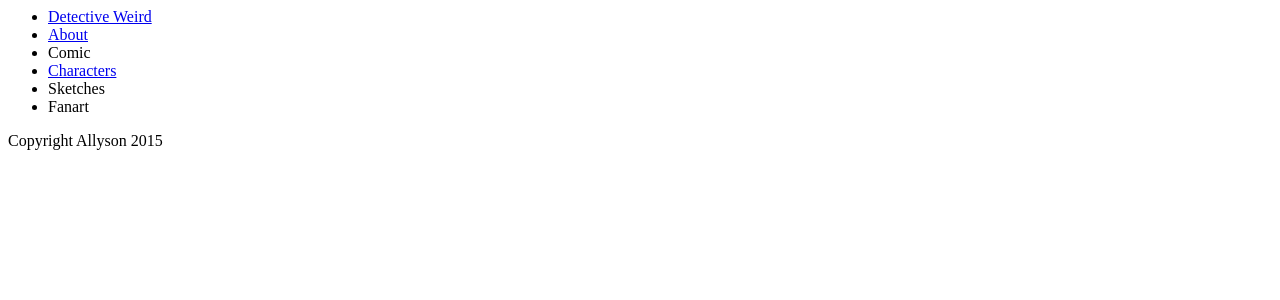
Repository: Prinnyoverlordally/detectiveweird.github.io
Page: _includes/footer.html
The author's editor kept a record of every edit. The page is drawn from the files as they stood at one moment, then again after the next edit.
The browser window is 1280 px wide. The pictures show the whole page.

Above is the page before.

After the next edit:
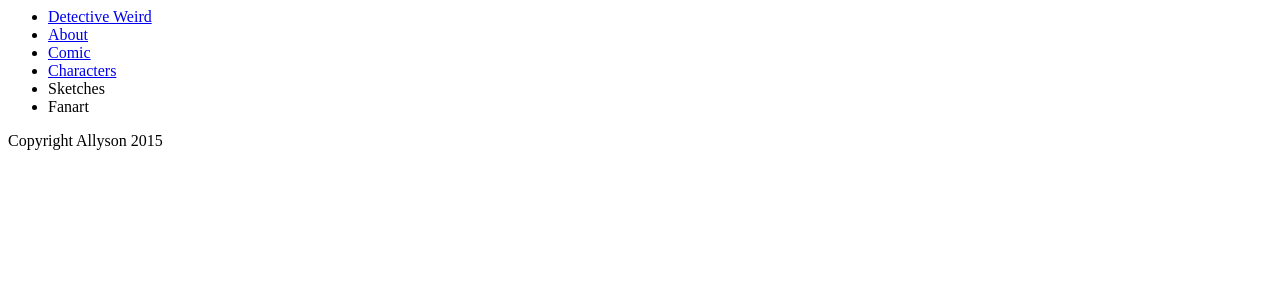
The edit:
--- a/_includes/footer.html
+++ b/_includes/footer.html
@@ -6,7 +6,7 @@
         <a href="/about/">About</a>
     </li>
     <li>
-        Comic
+        <a href="/">Comic
     </li>
     <li>
         <a href="/characters/">Characters</a>
